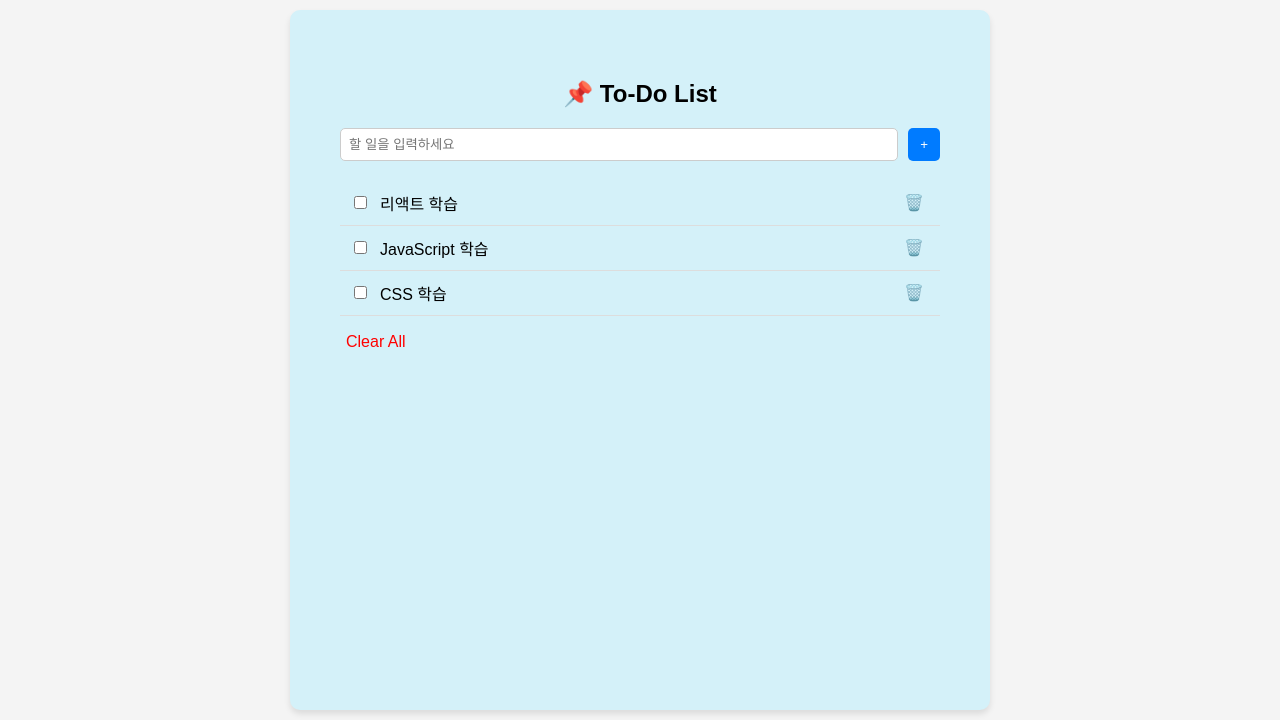
Repository: jongheonleee/todo-list
Page: /
The author's editor kept a copy of each file at every save. The page is drawn from the files as they stood at one save, then again after the next save.
The browser window is 1280 px wide. The pictures show the whole page.
The project was rebuilt for these pictures with package versions that can differ from the ones it lists, and the page was loaded fresh each time.

Above is the page before, as saved 2025-02-20 13:17:09.

After the next save:
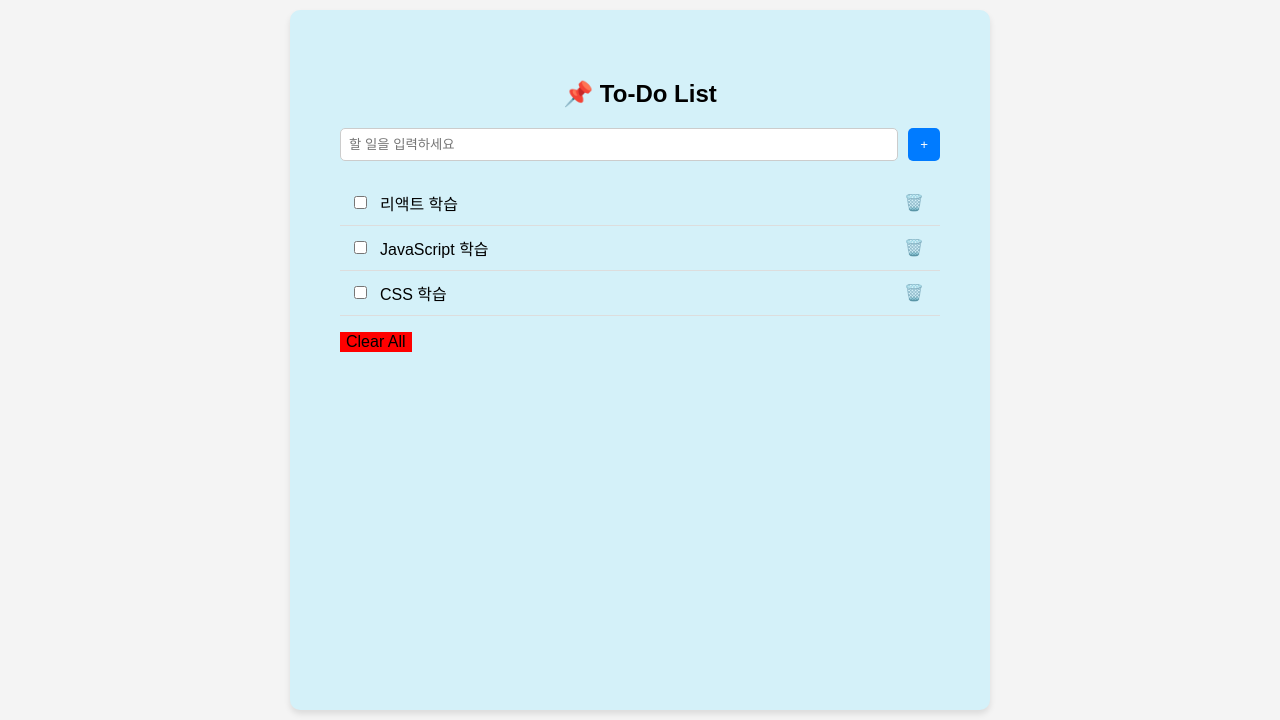
Saved 16 s later.
--- a/src/App.css
+++ b/src/App.css
@@ -81,9 +81,8 @@ input[type="text"] {
 }
 
 .clear-btn {
-  background: none;
+  background-color: red;
   border: none;
-  color: red;
   cursor: pointer;
   font-size: 16px;
 }
